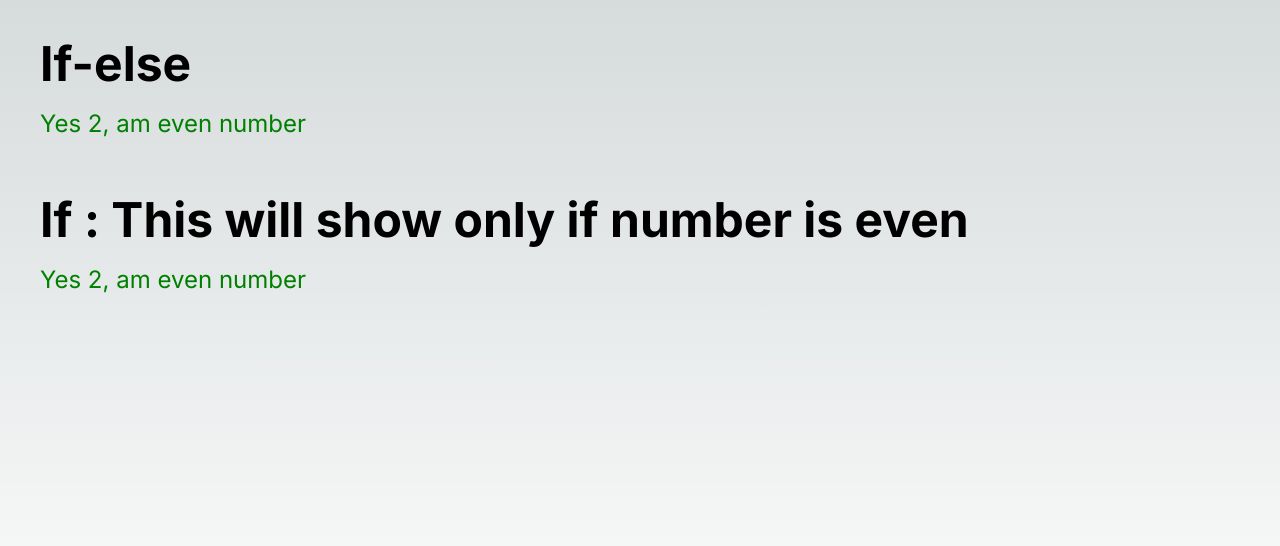
Repository: chapeee/learnNextBella
Page: / (app in basicconcepts/)
An editor plug-in stored every save of this project. The page is shown before and after the next save, followed by the edit.
The browser window is 1280 px wide. The pictures show the whole page.
The project was rebuilt for these pictures with package versions that can differ from the ones it lists, and the page was loaded fresh each time. The framework's server and built-in components were replaced by stand-ins that run in the browser. Also part of the build but not shown: basicconcepts/next.config.mjs.

Above is the page before, as saved 2024-03-22 21:03:08.

After the next save:
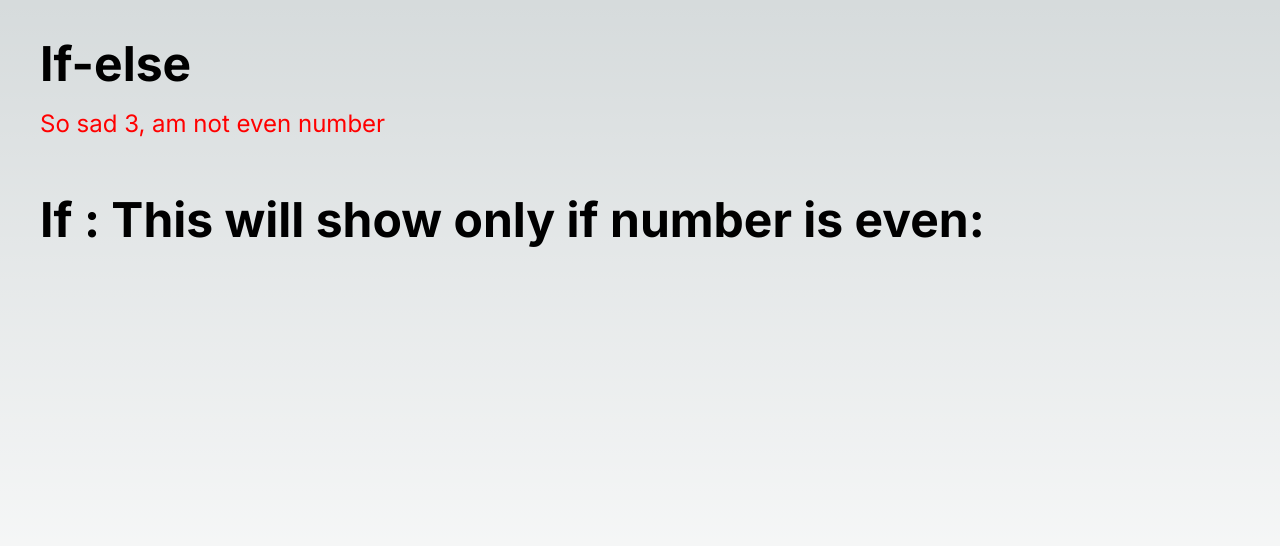
Saved 10 s later.
--- a/basicconcepts/src/app/Components/ConditionRendering.tsx
+++ b/basicconcepts/src/app/Components/ConditionRendering.tsx
@@ -4,7 +4,7 @@
 
 export default function ConditionRendering() {
     const [isEvenNumber, setisEvenNumber] = useState<boolean>(false)
-    const [numberEvenOrOdd, setnumberEvenOrOdd] = useState<number>(2) // update this number to anything and check the output
+    const [numberEvenOrOdd, setnumberEvenOrOdd] = useState<number>(3) // update this number to anything and check the output
 
     //checing if number if even
     const isNumberEven = () => {
@@ -36,7 +36,7 @@
             </div>
 
 <div className="mt-14">
-<h1 className="text-5xl font-bold">If : This will show only if number is even</h1>
+<h1 className="text-5xl font-bold">If : This will show only if number is even:</h1>
             <div className="mt-5">
                 {
                     //checking condition (if)

After the save that followed:
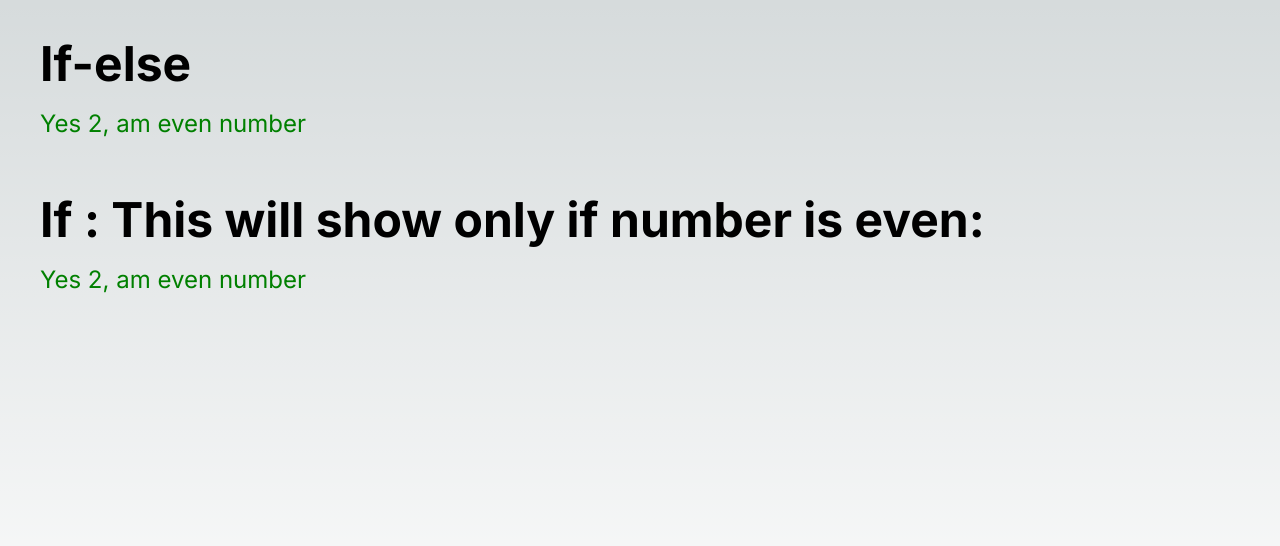
Saved 4 s later.
--- a/basicconcepts/src/app/Components/ConditionRendering.tsx
+++ b/basicconcepts/src/app/Components/ConditionRendering.tsx
@@ -4,7 +4,7 @@
 
 export default function ConditionRendering() {
     const [isEvenNumber, setisEvenNumber] = useState<boolean>(false)
-    const [numberEvenOrOdd, setnumberEvenOrOdd] = useState<number>(3) // update this number to anything and check the output
+    const [numberEvenOrOdd, setnumberEvenOrOdd] = useState<number>(2) // update this number to anything and check the output
 
     //checing if number if even
     const isNumberEven = () => {
